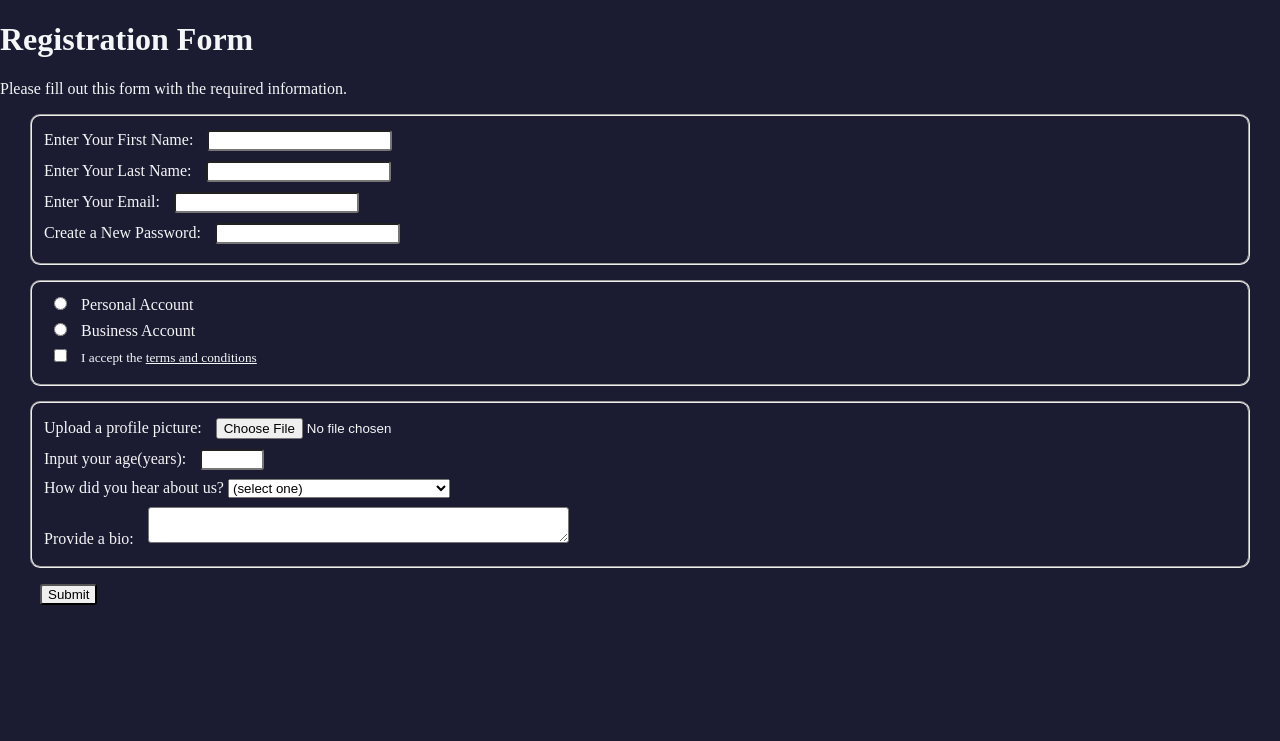
Repository: Lungdjos/registration_form
Page: index.html
An editor plug-in stored every save of this project. The page is shown before and after a run of saves, followed by the edit.
The browser window is 1280 px wide. The pictures show the whole page.

Above is the page before, as saved 2023-09-28 16:29:18.

After the next 3 saves:
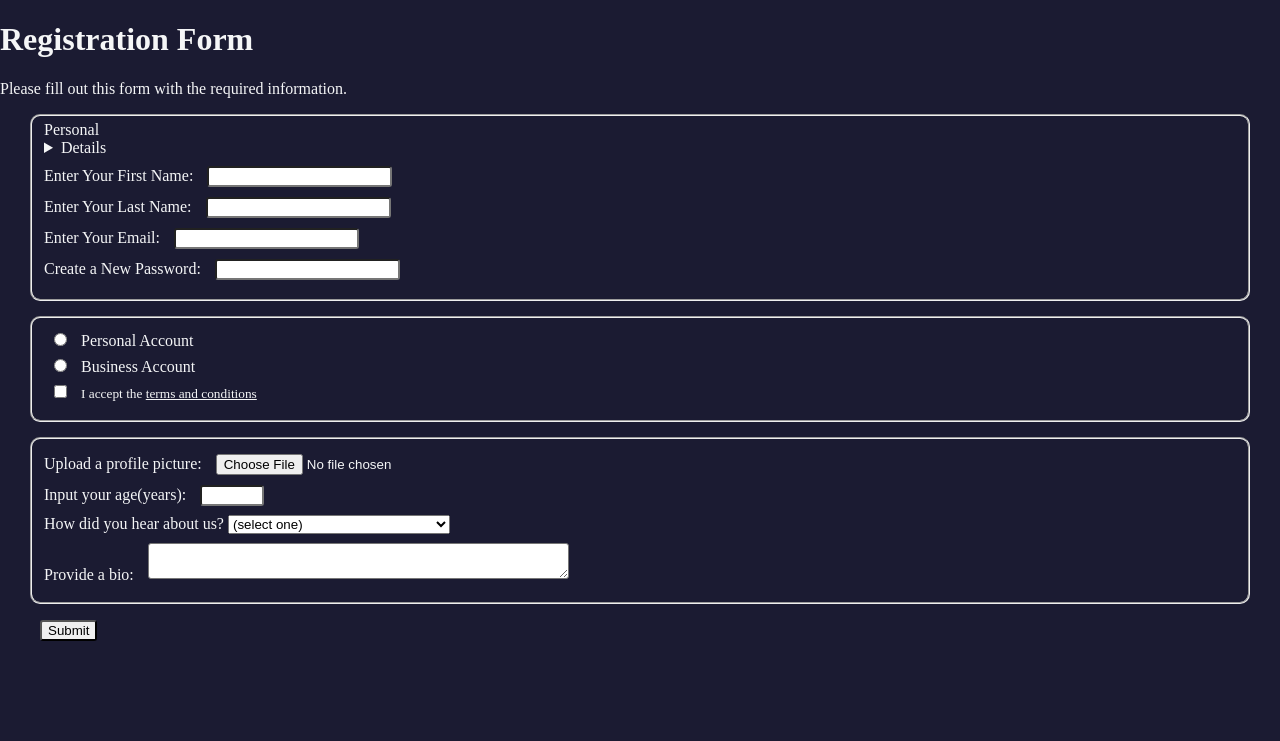
The 3 saves are shown as one change because they came seconds apart.
The last was saved 10 s later.
--- a/index.html
+++ b/index.html
@@ -13,7 +13,9 @@
     <p>Please fill out this form with the required information.</p>
     <form action="https://register-demo.freecodecamp.org" method="post">
         <fieldset>
-            <caption></caption>
+            <caption>Personal
+                <Details></Details>
+            </caption>
             <label for="first-name">Enter Your First Name: <input type="text" id="first-name" required> </label>
             <label for="last-name">Enter Your Last Name: <input type="text" id="last-name" required> </label>
             <label for="email">Enter Your Email: <input type="email" id="email" required> </label>

After the 2 saves that followed:
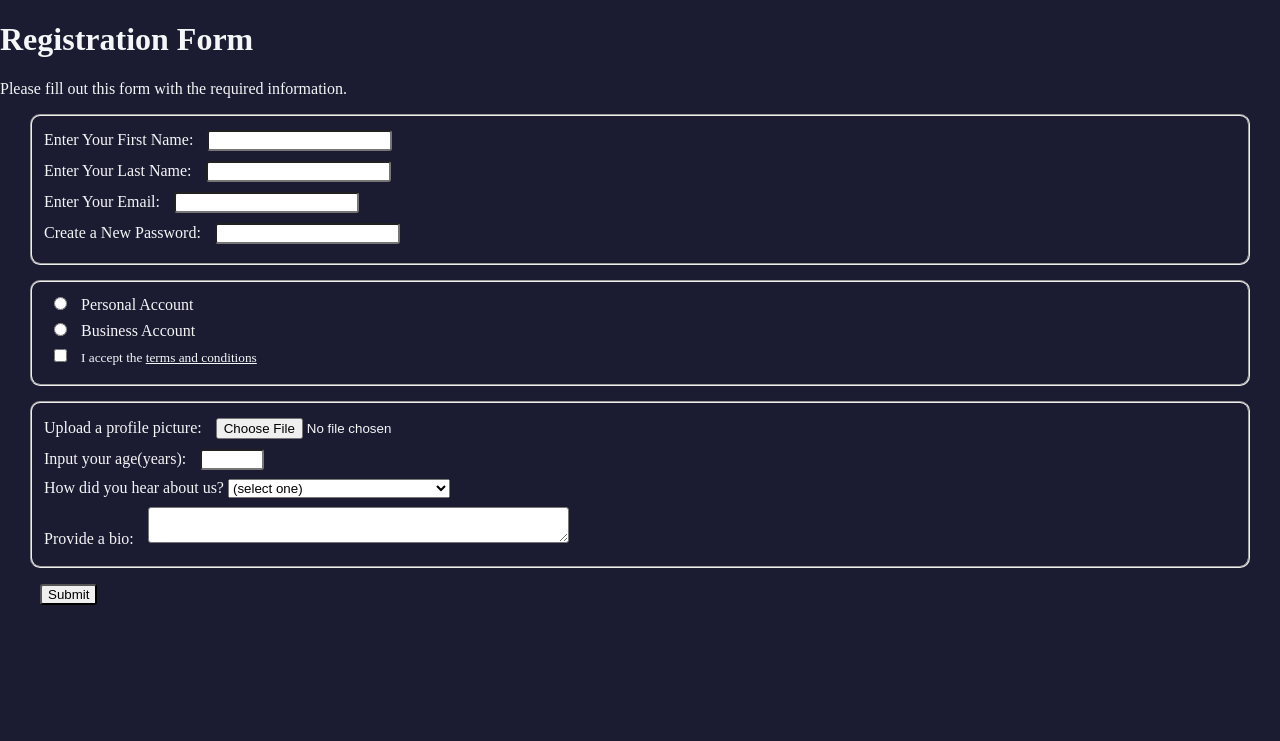
The 2 saves are shown as one change because they came seconds apart.
The last was saved 20 s later.
--- a/index.html
+++ b/index.html
@@ -13,9 +13,6 @@
     <p>Please fill out this form with the required information.</p>
     <form action="https://register-demo.freecodecamp.org" method="post">
         <fieldset>
-            <caption>Personal
-                <Details></Details>
-            </caption>
             <label for="first-name">Enter Your First Name: <input type="text" id="first-name" required> </label>
             <label for="last-name">Enter Your Last Name: <input type="text" id="last-name" required> </label>
             <label for="email">Enter Your Email: <input type="email" id="email" required> </label>
